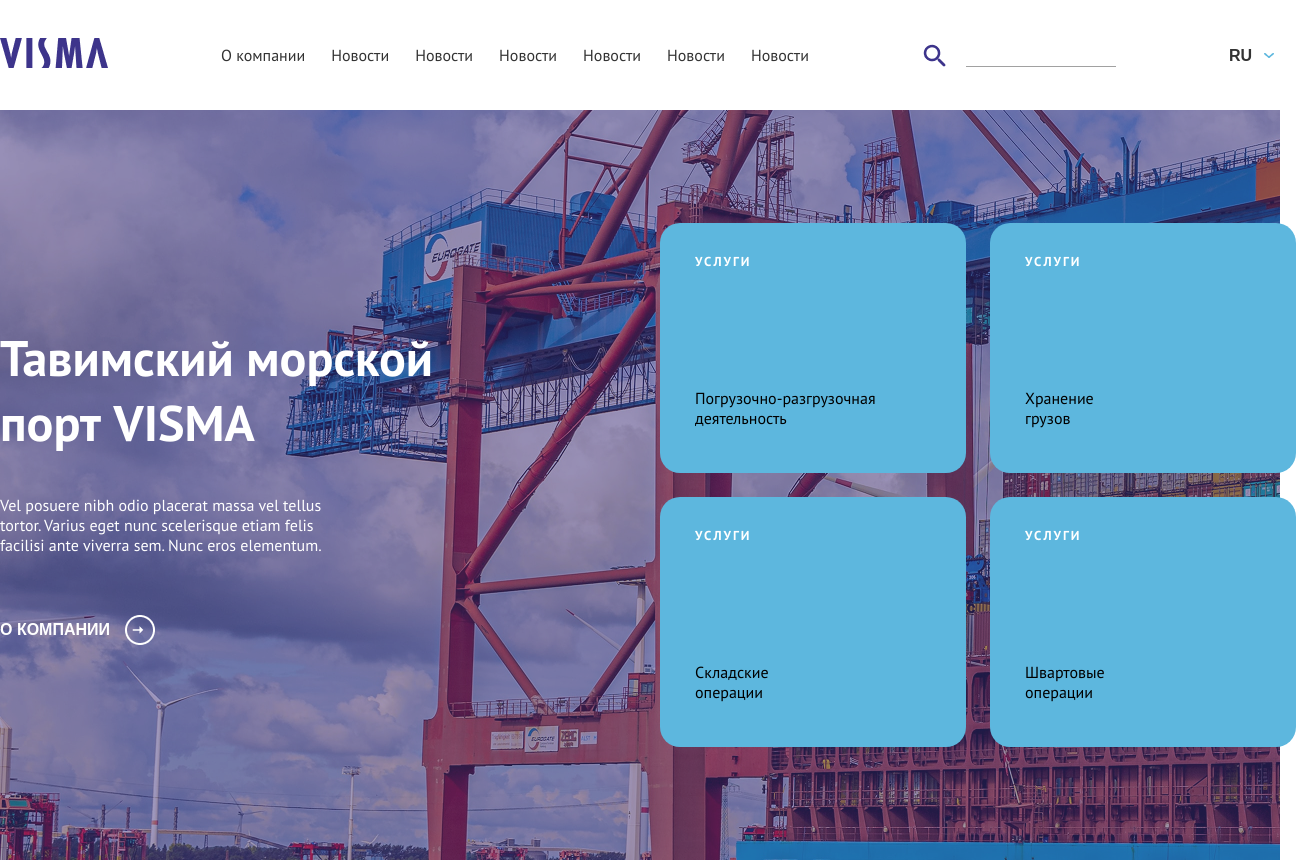
Repository: Shaiyr1/Visma
Page: index.html
These files come from the project's save history. The page is drawn as it stood at one moment and after the next save; the edit follows.
The browser window is 1280 px wide. The page is 1296 px wide, so the pictures cover 1296 px, including what lies to the right of the window. The pictures show the whole page.
The style sheet was rebuilt from its Sass, Less or Tailwind sources for each picture, by a compiler version that may differ from the author's.

Above is the page before, as saved 2026-09-15 14:49:35.

### index.html
<!DOCTYPE html>
<html lang="en">
<head>
    <meta charset="UTF-8">
    <meta http-equiv="X-UA-Compatible" content="IE=edge">
    <meta name="viewport" content="width=device-width, initial-scale=1.0">
    <link rel="stylesheet" href="./src/css/style.css">
    <title>Document</title>
</head>
<body>
    <header class="header">
        <nav class="header-nav">
            <a class="header-nav__link" href="#">
                <img class="header-nav__logo" src="./src/img/Vector (1).png" alt="logo">
            </a>
            <ul class="header-nav__ul">
                <li class="header-nav__li">
                    <a class="header-nav__li-link" href="#">О компании</a>
                </li>
                <li class="header-nav__li">
                    <a class="header-nav__li-link" href="#">Новости</a>
                </li>
                <li class="header-nav__li">
                    <a class="header-nav__li-link" href="#">Новости</a>
                </li>
                <li class="header-nav__li">
                    <a class="header-nav__li-link" href="#">Новости</a>
                </li>
                <li class="header-nav__li">
                    <a class="header-nav__li-link" href="#">Новости</a>
                </li>
                <li class="header-nav__li">
                    <a class="header-nav__li-link" href="#">Новости</a>
                </li>
                <li class="header-nav__li">
                    <a class="header-nav__li-link" href="#">Новости</a>
                </li>
            </ul>
            <label class="header-nav__label" for="">
                <img class="header-nav__icon" src="./src/img/ic_round-search.png" alt="icon">
                <input class="header-nav__input" type="search">
            </label>
            <select class="header-nav__select" name="" id="">
                <option class="header-nav__option" value="">RU</option>
                <option class="header-nav__option" value="">ENG</option>
            </select>
        </nav>
    </header>
    <main>
        <section class="home">
            <div class="container home__blocks">
                <div class="home-block">
                    <h1 class="home-block__title">Тавимский морской порт VISMA</h1>
                    <p class="home-block__subtitle">
                        Vel posuere nibh odio placerat massa vel tellus tortor. Varius eget nunc scelerisque etiam felis facilisi ante viverra sem. Nunc eros elementum.
                    </p>
                    <button class="home-block__btn">
                        О КОМПАНИИ
                        <img class="home-block__btn-icon" src="./src/img/Group 7.png" alt="">
                    </button>
                </div>
                <div class="home-services">
                    <div class="home-services__item">
                        <span class="home-services__item-span">УСЛУГИ</span>
                        <p class="home-services__item-text">
                            Погрузочно-разгрузочная <br> деятельность
                        </p>
                    </div>
                    <div class="home-services__item">
                        <span class="home-services__item-span">УСЛУГИ</span>
                        <p class="home-services__item-text">
                            Хранение <br> грузов
                        </p>
                    </div>
                    <div class="home-services__item">
                        <span class="home-services__item-span">УСЛУГИ</span>
                        <p class="home-services__item-text">
                            Складские <br> операции
                        </p>
                    </div>
                    <div class="home-services__item">
                        <span class="home-services__item-span">УСЛУГИ</span>
                        <p class="home-services__item-text">
                            Швартовые <br> операции
                        </p>
                    </div>
                </div>
            </div>
        </section>
    </main>
</body>

</html>

### src/scss/style.scss
* {
    margin: 0;
    padding: 0;
    box-sizing: border-box;
}

@import url('https://fonts.googleapis.com/css2?family=PT+Sans:ital,wght@0,400;0,700;1,400;1,700&display=swap');

body {
    font-family: "PT Sans", sans-serif;
}
.container {
    width: 1296px;
    margin: 0 auto;
}

@import "header";
@import "home";

### src/scss/header.scss
.header {

    &-nav {
        width: 1296px;
        height: 110px;
        margin: 0 auto;
        display: flex;
        align-items: center;
        gap: 113px;

        &__link {}

        &__logo {}

        &__ul {
            display: flex;
            align-items: center;
            justify-content: center;
            gap: 26px;
            list-style-type: none;
        }

        &__li {
            &-link {
                text-decoration: none;
                color: #333333;
                font-size: 16px;
            }
        }

        &__label {
            display: flex;
            align-items: flex-end;
            justify-content: center;
            gap: 20px;
        }

        &__icon {}

        &__input {
            width: 150px;
            border: none;
            outline: none;
            border-bottom: 1px solid rgb(161, 161, 161);
        }

        &__select {
            background: none;
            border: none;
            color: #333333;
            font-size: 16px;
            font-weight: bold;
            outline: none;
            appearance: none;
            padding-right: 30px;
            background-image: url("../img/material-symbols_keyboard-arrow-down-rounded.png");
            background-position: right 20px center;
            background-repeat: no-repeat;
        }
    }
}

### src/scss/home.scss
.home {
    width: 100%;
    height: 750px;
    background-image: url("../img/Rectangle\ 23\ \(6\).png");
    background-repeat: no-repeat;
    background-size: cover;
    padding: 113px 0;

    &__blocks {
        display: flex;
        align-items: center;
        gap: 134px;
    }

    &-block {
        width: 526px;

        &__title {
            width: 526px;
            color: #ffffff;
            text-align: left;
            font-weight: 700;
            font-size: 50px;
        }

        &__subtitle {
            width: 322px;
            margin: 40px 0 60px;
            color: #ffffff;
            text-align: left;
            font-size: 16px;
        }

        &__btn {
            width: 159px;
            height: 30px;
            display: flex;
            justify-content: flex-start;
            align-items: center;
            gap: 15px;
            border: none;
            outline: none;
            cursor: pointer;
            color: #ffffff;
            text-align: left;
            font-size: 16px;
            font-weight: 700;
            background: none;


            &-icon {}
        }
    }

    &-services {
        display: flex;
        flex-wrap: wrap;
        gap: 24px;

        &__item {
            background-color: #5db7de;
            width: 306px;
            height: 250px;
            border-radius: 20px;
            padding: 30px 35px;
            display: flex;
            flex-direction: column;
            align-items: flex-start;
            gap: 118px;

            &-span {
                color: #ffffff;
                text-align: left;
                font-size: 13px;
                font-weight: 700;
                letter-spacing:2px;

            }

            &-text {}
        }
    }
}

After the next save:
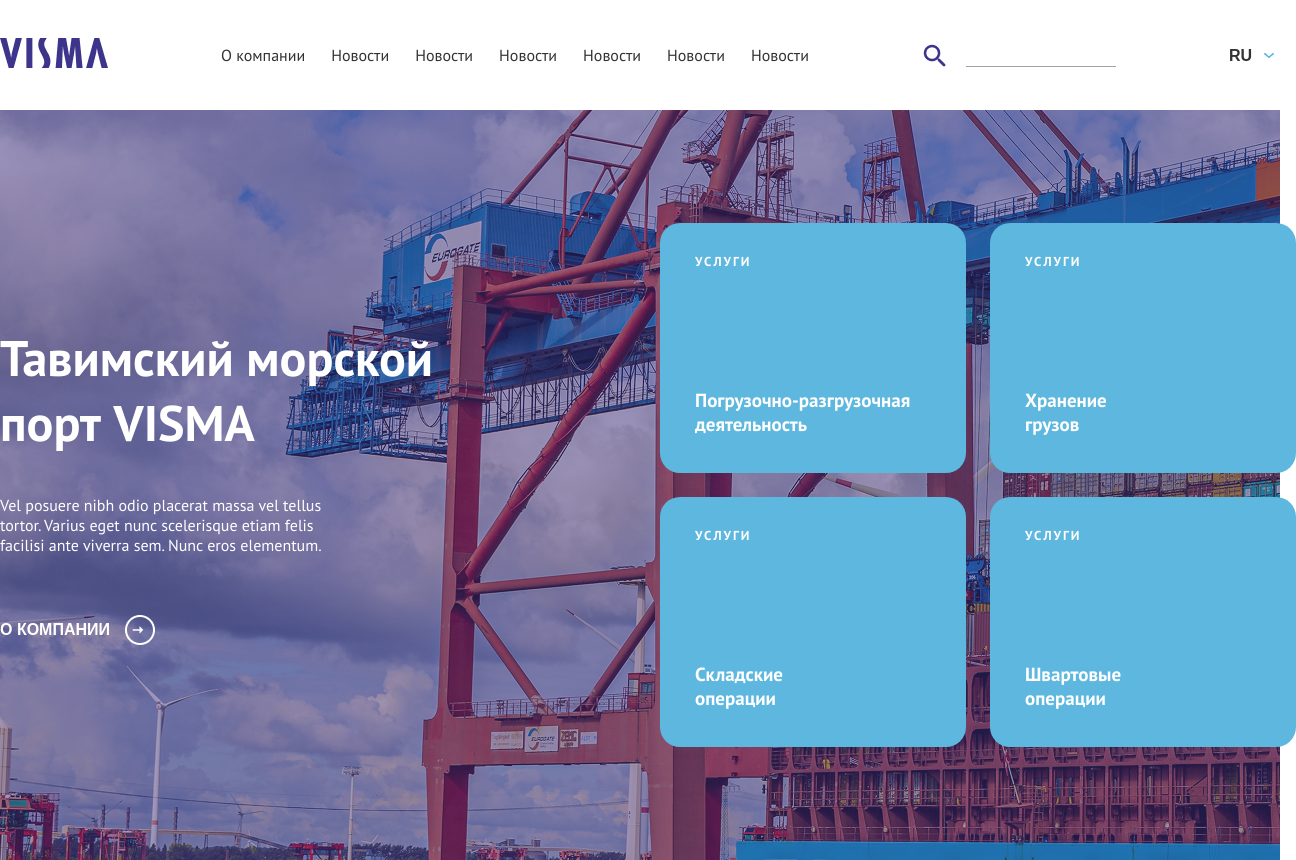
Saved 30 s later.
--- a/src/scss/home.scss
+++ b/src/scss/home.scss
@@ -77,7 +77,14 @@
 
             }
 
-            &-text {}
+            &-text {
+                color:#ffffff;
+text-align:left;
+vertical-align:text-top;
+font-size:19px;
+font-family:PT Sans;
+font-weight:700;
+            }
         }
     }
 }
